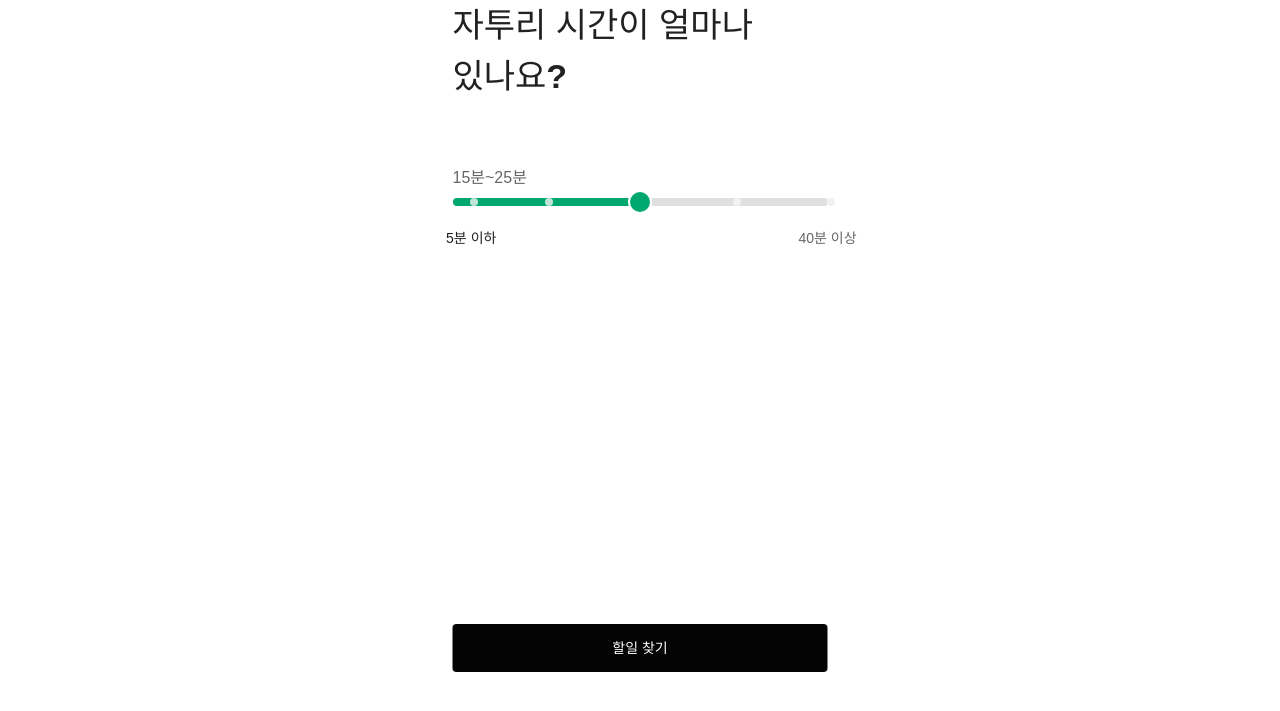
Repository: Tickley-Team/Tickley
Page: /survey
These files come from the project's save history. The page is drawn as it stood at one moment and after the next save; the edit follows.
The browser window is 1280 px wide. The pictures show the whole page.
The project was rebuilt for these pictures with package versions that can differ from the ones it lists, and the page was loaded fresh each time. Also part of the build but not shown: vite.config.ts, src/components/BottomNavbar.css, src/components/BottomNavbar.tsx, src/hooks/useLocalStorage.ts, src/stores/timeLeftStore.ts, src/utils.ts, src/components/BasicDialog.tsx, src/pages/Todos.tsx and 12 more.

Above is the page before, as saved 2024-12-09 17:21:03.

### index.html
<!doctype html>
<html lang="en">
  <head>
    <meta charset="UTF-8" />
    <link rel="icon" type="image/svg+xml" href="/src/assets/tickley-favicon.svg" />
    <meta name="viewport" content="width=device-width, initial-scale=1.0" />
    <title>Tickley</title>
    <meta name="description" content="자투리 시간을 알차게 보내고 싶으신가요? 그럼 티클리!">
    <meta property="og:title" content="Tickley">
    <meta property="og:url" content="https://tickley-team.github.io/Tickley/">
    <meta property="og:image" content="https://tickley-team.github.io/Tickley/cute-tickley.png">
    <meta property="og:description" content="자투리 시간을 알차게 보내고 싶으신가요? 그럼 티클리!">
  </head>
  <body>
    <div id="root"></div>
    <script type="module" src="/src/main.tsx"></script>
  </body>
</html>

### src/index.css
:root {
  font-family: Pretandard, system-ui, Avenir, Helvetica, Arial, sans-serif;

  color-scheme: light dark;
  font-synthesis: none;
  text-rendering: optimizeLegibility;
  -webkit-font-smoothing: antialiased;
  -moz-osx-font-smoothing: grayscale;
}

@font-face {
  font-family: 'S-CoreDream-5Medium';
  src: url('https://fastly.jsdelivr.net/gh/projectnoonnu/noonfonts_six@1.2/S-CoreDream-5Medium.woff')
    format('woff');
  font-weight: 500;
  font-style: normal;
}

@font-face {
  font-family: 'S-CoreDream-6Bold';
  src: url('https://fastly.jsdelivr.net/gh/projectnoonnu/noonfonts_six@1.2/S-CoreDream-6Bold.woff')
    format('woff');
  font-weight: 600;
  font-style: normal;
}

@font-face {
  font-family: 'S-CoreDream-8Heavy';
  src: url('https://fastly.jsdelivr.net/gh/projectnoonnu/noonfonts_six@1.2/S-CoreDream-8Heavy.woff')
    format('woff');
  font-weight: 800;
  font-style: normal;
}

@font-face {
  font-family: 'S-CoreDream-7ExtraBold';
  src: url('https://fastly.jsdelivr.net/gh/projectnoonnu/noonfonts_six@1.2/S-CoreDream-7ExtraBold.woff')
    format('woff');
  font-weight: 700;
  font-style: normal;
}

### src/App.tsx
import Todos from './pages/Todos'
import TodosFind from './pages/TodosFind'
import SurveySpareTime from './pages/SurveySpareTime'
import Home from './pages/Home'
import OnboardingPage from './pages/OnboardingPage'
import TodosMemory from './pages/TodosMemory'
import ProgressTimer from './pages/ProgressTimer'
import CompletedTimer from './pages/CompletedTimer'
import { fetchRecommendTodos } from './api/fetchRecommendTodos'
import { createBrowserRouter, RouterProvider } from 'react-router'
import { ThemeProvider } from '@mui/material/styles'
import { TickleyTheme } from './theme'
import CssBaseline from '@mui/material/CssBaseline'

function App() {
  const isProduction = process.env.NODE_ENV === 'production'
  const basename = isProduction ? '/Tickley' : '/'

  const router = createBrowserRouter(
    [
      {
        path: '/',
        element: <Home />,
      },
      {
        path: '/todos',
        element: <Todos />,
      },
      {
        path: '/todos/find',
        element: <TodosFind />,
        loader: () =>
          fetchRecommendTodos(
            `${import.meta.env.BASE_URL}data/todoRecommendData.json`,
          ),
      },
      {
        path: '/todos/memory',
        element: <TodosMemory />,
      },
      {
        path: '/survey',
        element: <SurveySpareTime />,
      },
      {
        path: '/onboarding/:onboardingId',
        element: <OnboardingPage />,
      },
      {
        path: '/timer/progress',
        element: <ProgressTimer />,
      },
      {
        path: '/timer/completed',
        element: <CompletedTimer />,
      },
    ],
    {
      basename,
    },
  )

  return (
    <ThemeProvider theme={TickleyTheme}>
      <RouterProvider router={router} />
      <CssBaseline />
    </ThemeProvider>
  )
}

export default App

### src/pages/SurveySpareTime/index.tsx
import { useCallback } from 'react'
import { useNavigate } from 'react-router'
import { MobileLayout } from '../../layout/MobileLayout'
import { RangeSlider } from '../../components/RangeSlider'
import { Typography } from '@mui/material'
import { CTAButton } from '../../components/Button'

const SurveySpareTime = () => {
  const navigate = useNavigate()
  const handleClickButton = useCallback(() => {
    navigate('/todos/find')
  }, [])
  return (
    <MobileLayout>
      <Typography
        variant="title-6-bold-34"
        sx={{
          width: '100%',

          whiteSpace: 'pre-line',
          textAlign: 'left',
          marginBottom: '64px',
        }}
      >
        {`자투리 시간이 얼마나\n있나요?`}
      </Typography>
      <RangeSlider />
      <CTAButton onClick={handleClickButton}>할일 찾기 </CTAButton>
    </MobileLayout>
  )
}

export default SurveySpareTime

### src/api/fetchRecommendTodos.ts
import { RecommendTodo } from '../types'

export const fetchRecommendTodos = async (
  path: string,
): Promise<Array<RecommendTodo>> => {
  try {
    const response = await fetch(path)
    if (!response.ok) {
      throw new Error(`HTTP error! status: ${response.status}`)
    }
    return response.json()
  } catch (error) {
    if (error instanceof Error) {
      throw new Error(`데이터 로드 실패: ${error.message}`)
    }
    throw new Error('알 수 없는 에러가 발생했습니다')
  }
}

### src/theme.ts
import { createTheme } from '@mui/material/styles'

import tokens from './assets/tokens.json'

import React from 'react'

export const TickleyTheme = createTheme({
  palette: {
    primary100: tokens.color.pri100.value,
    primary500: tokens.color.pri500.value,
    primary900: tokens.color.pri900.value,

    gray100: tokens.color.gray100.value,
    gray200: tokens.color.gray200.value,
    gray300: tokens.color.gray300.value,
    gray400: tokens.color.gray400.value,
    gray600: tokens.color.gray600.value,
    gray700: tokens.color.gray700.value,
    gray800: tokens.color.gray800.value,
    gray900: tokens.color.gray900.value,
    gray1000: tokens.color.gray1000.value,

    semanticRed: '#F24822',
    semanticPurple1: '#5B67BA',
    semanticGreen: '#009951',
    semanticGreen1: '#D6F2CC',
    semanticGreen2: '#B2DDA2',
    semanticGreen3: '#7BB766',
    semanticGreen4: '#367A1E',
  },

  typography: {
    fontFamily: '"S-CoreDream", Arial, sans-serif',

    'headline-8-heavy': {
      fontWeight: 800,

      fontSize: '48px',
    },

    'headline-5-medium': {
      fontWeight: 500,

      fontSize: '66px',
    },

    'title-6-bold-34': {
      fontWeight: 600,

      fontSize: '34px',
    },

    'title-5-medium-26': {
      fontWeight: 500,

      fontSize: '26px',
    },

    'title-7-extrabold-20': {
      fontWeight: 700,

      fontSize: '20px',
    },

    'title-5-medium-18': {
      fontWeight: 500,

      fontSize: '18px',
    },

    'title-5-medium-16': {
      fontWeight: 500,

      fontSize: '16px',
    },

    'title-5-medium-12': {
      fontWeight: 500,

      fontSize: '12px',
    },
  },
})

//TODO: 타입 정의 파일로 옮기기

declare module '@mui/material/styles' {
  interface Palette {
    primary100: string
    primary500: string
    primary900: string
    gray100: string
    gray200: string
    gray300: string
    gray400: string
    gray600: string
    gray700: string
    gray800: string
    gray900: string
    gray1000: string

    semanticGreen1: string
    semanticGreen2: string
    semanticGreen3: string
    semanticGreen4: string
    semanticRed: string
    semanticPurple1: string
    semanticGreen: string
  }

  interface PaletteOptions {
    primary100: string
    primary500: string
    primary900: string
    gray100: string
    gray200: string
    gray300: string
    gray400: string
    gray600: string
    gray700: string
    gray800: string
    gray900: string
    gray1000: string

    semanticGreen1: string
    semanticGreen2: string
    semanticGreen3: string
    semanticGreen4: string
    semanticRed: string
    semanticPurple1: string
    semanticGreen: string
  }
}

declare module '@mui/material/Typography' {
  interface TypographyPropsVariantOverrides {
    'headline-5-medium': true

    'headline-8-heavy': true

    'title-6-bold-34': true

    'title-5-medium-26': true

    'title-7-extrabold-20': true

    'title-5-medium-18': true

    'title-5-medium-16': true

    'title-5-medium-12': true
  }
}

declare module '@mui/material/styles' {
  interface TypographyVariants {
    'headline-5-medium': React.CSSProperties

    'headline-8-heavy': React.CSSProperties

    'title-6-bold-34': React.CSSProperties

    'title-5-medium-26': React.CSSProperties

    'title-7-extrabold-20': React.CSSProperties

    'title-5-medium-18': React.CSSProperties

    'title-5-medium-16': React.CSSProperties

    'title-5-medium-12': React.CSSProperties
  }

  interface TypographyVariantsOptions {
    'headline-5-medium'?: React.CSSProperties

    'headline-8-heavy'?: React.CSSProperties

    'title-6-bold-34'?: React.CSSProperties

    'title-5-medium-26'?: React.CSSProperties

    'title-7-extrabold-20'?: React.CSSProperties

    'title-5-medium-18'?: React.CSSProperties

    'title-5-medium-16'?: React.CSSProperties

    'title-5-medium-12'?: React.CSSProperties
  }
}

### src/components/RangeSlider.tsx
import styled from '@emotion/styled'
import { Box, Slider, SliderProps, Typography } from '@mui/material'
import { useRecommendTodoFilterStore } from '../stores/recommendTodoFilterStore'

type RangeSliderProps = Partial<SliderProps>

const RangeMapper = [
  { value: 5, label: '5분 이하', displayText: '5분 이하', time: 5 },
  { value: 25, label: '', displayText: '5분~15분', time: 15 },
  { value: 50, label: '', displayText: '15분~25분', time: 25 },
  { value: 75, label: '', displayText: '25분~35분', time: 35 },
  { value: 100, label: '40분 이상', displayText: '40분 이상', time: 40 },
]

export const RangeSlider = ({ ...restProps }: RangeSliderProps) => {
  const { spareTime, setSpareTime } = useRecommendTodoFilterStore()

  const handleChange = (_event: Event, value: number | number[]) => {
    const time = RangeMapper.find((step) => step.value === value)?.time
    setSpareTime(time ?? 5)
  }

  const marks = RangeMapper.map(({ value, label }) => ({
    value,
    label,
  }))
  return (
    <Box width={'100%'}>
      <Typography sx={{ mb: 1, color: '#666666' }}>
        {/* TODO: refactor 연산 */}
        {RangeMapper.find(({ time }) => time === spareTime)?.displayText}
      </Typography>
      <CustomSlider
        value={RangeMapper.find(({ time }) => time === spareTime)?.value}
        marks={marks}
        step={null}
        onChange={handleChange}
        {...restProps}
      />
    </Box>
  )
}

const CustomSlider = styled(Slider)({
  height: 8,
  padding: 0,
  '& .MuiSlider-rail': {
    opacity: 1,
    backgroundColor: '#E0E0E0', // gray300
  },
  '& .MuiSlider-track': {
    border: 'none',
    backgroundColor: '#00A76F', // pri500
  },
  '& .MuiSlider-thumb': {
    height: 24,
    width: 24,
    backgroundColor: '#00A76F', // pri500
    border: '2px solid #fff',
    '&:focus, &:hover, &.Mui-active, &.Mui-focusVisible': {
      boxShadow: 'inherit',
    },
    '&:before': {
      display: 'none',
    },
  },
  '& .MuiSlider-mark': {
    backgroundColor: '#F2F2F2', // gray200
    height: 8,
    width: 8,
    borderRadius: '50%',
    marginTop: 0,
  },
})

### src/layout/MobileLayout.tsx
import { Container } from '@mui/material'

export const MobileLayout = ({
  children,
  ...restProps
}: {
  children: React.ReactNode
}) => {
  return (
    <Container
      sx={{
        padding: 0,
        position: 'relative',
        maxWidth: '375px', // 최대 너비 375px
        width: '90%',
        margin: '0 auto',
        backgroundColor: 'white',
        height: '100vh',
        display: 'flex', // Flexbox를 사용하여 콘텐츠 정렬
        flexDirection: 'column',

        alignItems: 'center',
        '@media (min-width: 600px)': {
          paddingLeft: 0, // 600px 이상에서 padding-left 0 설정
          paddingRight: 0, // 600px 이상에서 padding-right 0 설정
        },
        '@media (min-width: 1200px)': {
          maxWidth: '375px', // 1200px 이상에서도 375px 고정
        },
      }}
      {...restProps}
    >
      {/* 여기에 콘텐츠를 추가 */}
      {children}
    </Container>
  )
}

### src/stores/recommendTodoFilterStore.ts
import { create } from 'zustand'

interface RecommendTodoFilterStore {
  categoryName: string
  spareTime: number
  setSpareTime: (spareTime: number) => void
  setCategoryName: (categoryName: string) => void
}
export const useRecommendTodoFilterStore = create<RecommendTodoFilterStore>()(
  (set) => ({
    categoryName: '휴식',
    spareTime: 25,
    setSpareTime: (spareTime) => set({ spareTime }),
    setCategoryName: (categoryName) => set({ categoryName }),
  }),
)

### src/components/Button.tsx
import { Box, Button as BaseButton, ButtonProps } from '@mui/material'
import { styled } from '@mui/system'

type Props = ButtonProps & {
  children: React.ReactNode
}
export const CTAButton = ({ children, ...restProps }: Props) => {
  return (
    <Box width="100%" style={{ display: 'relative' }}>
      <Button {...restProps}>{children}</Button>
    </Box>
  )
}

const Button = styled(BaseButton)(({ theme }) => ({
  position: 'absolute', // 버튼을 절대 위치로 설정
  bottom: '48px', // 하단에서 48px 떨어지게 설정
  left: '50%', // 가로 중앙 정렬
  transform: 'translateX(-50%)', // 정확한 중앙 정렬
  width: '100%', // 가로 폭을 100%에서 좌우 여백을 제외한 값으로 설정
  height: '48px',
  backgroundColor: theme.palette.gray1000, // 버튼 배경색
  color: theme.palette.gray100,
  borderRadius: '4px',
}))

### src/assets/tokens.json
{
  "color": {
    "pri500": {
      "description": "",
      "type": "color",
      "value": "#1d997cff",
      "blendMode": "normal"
    },
    "pri100": {
      "description": "",
      "type": "color",
      "value": "#d7f6efff",
      "blendMode": "normal"
    },
    "pri900": {
      "description": "",
      "type": "color",
      "value": "#044637ff",
      "blendMode": "normal"
    },
    "gray1000": {
      "description": "",
      "type": "color",
      "value": "#040404ff",
      "blendMode": "normal"
    },
    "gray300": {
      "description": "",
      "type": "color",
      "value": "#f0f1f5ff",
      "blendMode": "normal"
    },
    "gray400": {
      "description": "",
      "type": "color",
      "value": "#d9dae2ff",
      "blendMode": "normal"
    },
    "gray500": {
      "description": "",
      "type": "color",
      "value": "#b9babfff",
      "blendMode": "normal"
    },
    "gray900": {
      "description": "",
      "type": "color",
      "value": "#232327ff",
      "blendMode": "normal"
    },
    "gray600": {
      "description": "",
      "type": "color",
      "value": "#999a9fff",
      "blendMode": "normal"
    },
    "gray700": {
      "description": "",
      "type": "color",
      "value": "#717277ff",
      "blendMode": "normal"
    },
    "gray800": {
      "description": "",
      "type": "color",
      "value": "#3f3f44ff",
      "blendMode": "normal"
    },
    "gray200": {
      "description": "",
      "type": "color",
      "value": "#f9fafcff",
      "blendMode": "normal"
    },
    "gray100": {
      "description": "",
      "type": "color",
      "value": "#ffffffff",
      "blendMode": "normal"
    }
  },
  "grid": {
    "grid": {
      "0": {
        "type": "custom-grid",
        "value": {
          "pattern": "columns",
          "gutterSize": 0,
          "alignment": "stretch",
          "count": 1,
          "offset": 16
        }
      },
      "1": {
        "type": "custom-grid",
        "value": {
          "pattern": "columns",
          "gutterSize": 16,
          "alignment": "stretch",
          "count": 4,
          "offset": 16
        }
      },
      "description": null
    }
  },
  "variable collection": {
    "pri500": { "type": "color", "value": "#f5c21aff", "blendMode": "normal" },
    "pri600": { "type": "color", "value": "#f5bb1aff", "blendMode": "normal" },
    "color": {
      "description": "",
      "type": "color",
      "value": "{variable collection.pri500}"
    }
  }
}

Loaded but not shown: src/main.tsx (common file)

After the next save:
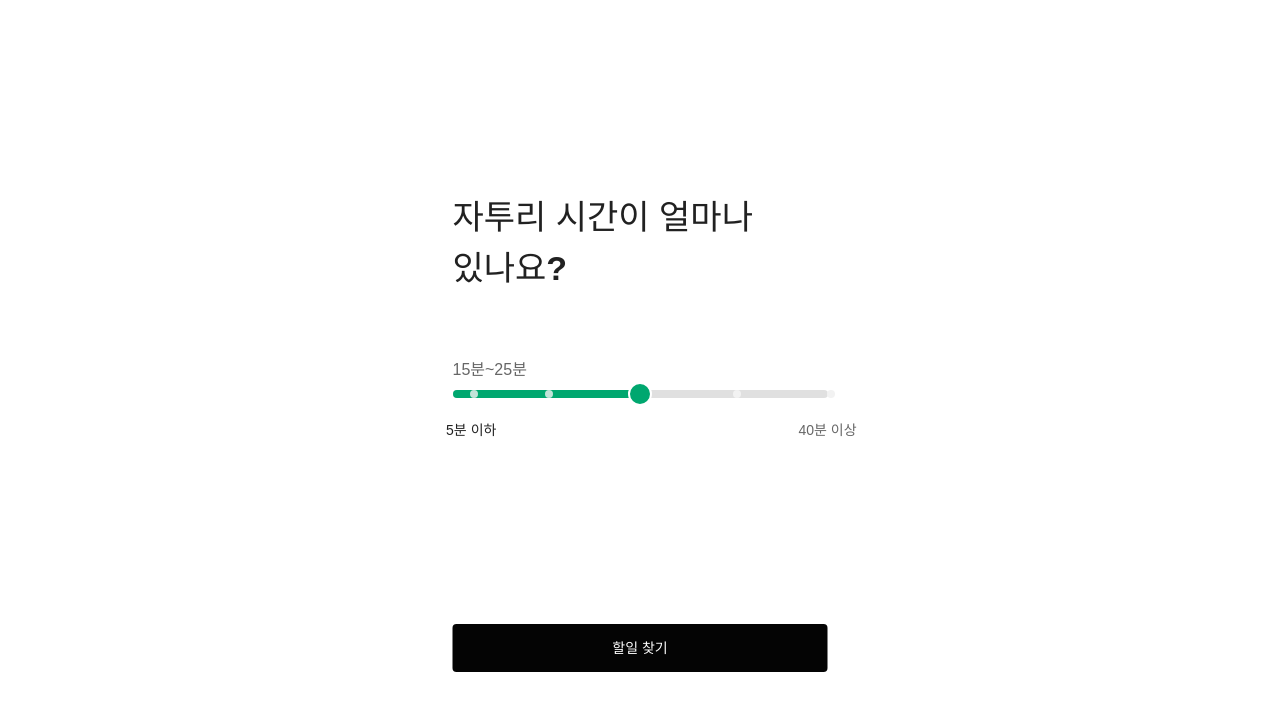
Saved 26 s later.
--- a/src/pages/SurveySpareTime/index.tsx
+++ b/src/pages/SurveySpareTime/index.tsx
@@ -16,7 +16,7 @@
         variant="title-6-bold-34"
         sx={{
           width: '100%',
-
+          marginTop: '192px',
           whiteSpace: 'pre-line',
           textAlign: 'left',
           marginBottom: '64px',
